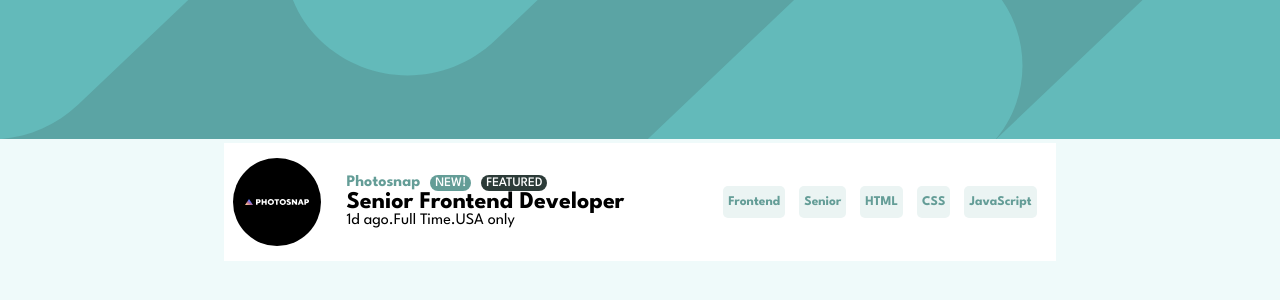
Repository: Eldream12/JobListing
Page: index.html
The author's editor kept a copy of each file at every save. The page is drawn from the files as they stood at one save, then again after the next save.
The browser window is 1280 px wide. The pictures show the whole page.

Above is the page before, as saved 2025-03-31 21:06:43.

After the next save:
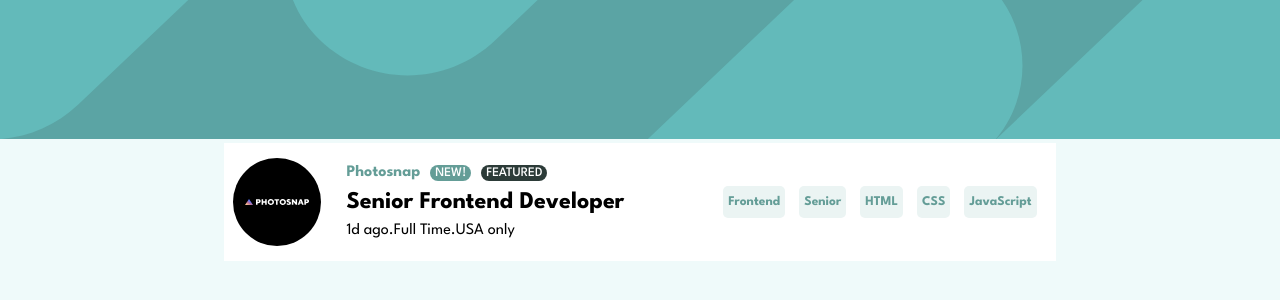
Saved 4 s later.
--- a/style/style.css
+++ b/style/style.css
@@ -77,5 +77,5 @@ header img {
 }
 
 .content .txt-2 h2 {
-	margin: 10;
+	margin: 10px 0px ;
 }
